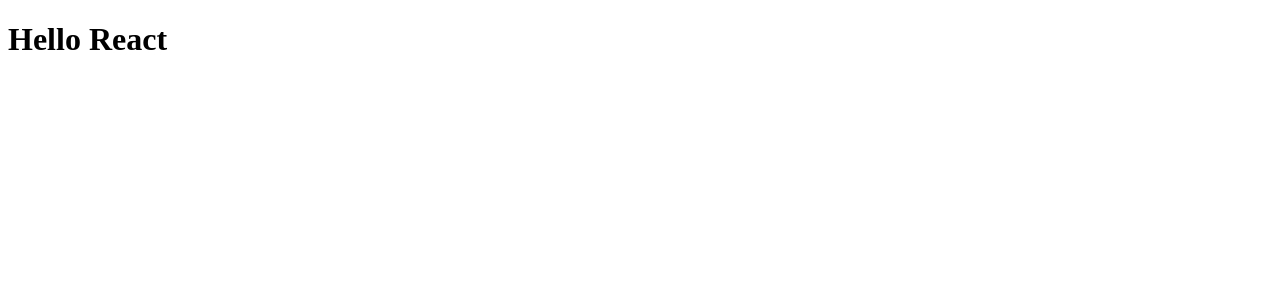
Repository: bjsnake/react_basic
Page: 02_虚拟DOM的两种创建方式/2.使用js创建虚拟DOM.html
These files come from the project's save history. The page is drawn as it stood at one moment and after the next save; the edit follows.
The browser window is 1280 px wide. The pictures show the whole page.

Above is the page before, as saved 2022-10-15 23:28:31.

### 02_虚拟DOM的两种创建方式/2.使用js创建虚拟DOM.html
<!DOCTYPE html>
<html lang="en">
    <head>
        <meta charset="UTF-8">
        <meta http-equiv="X-UA-Compatible" content="IE=edge">
        <meta name="viewport" content="width=device-width, initial-scale=1.0">
        <title>hello_react</title>
    </head>
    <body>

        <!-- 准备好一个容器 -->
        <div id="test"></div>
        <!-- 引入react核心库 -->
        <script type="text/javascript" src="../js/react.development.js"></script>
        <!-- 引入react-dom，用于react操作虚拟dom -->
        <script type="text/javascript" src="../js/react-dom.development.js"></script>
        <!-- 引入babel,用于把jsx转换为js -->
        <!-- <script type="text/javascript" src="../js/babel.min.js"></script> -->

        <script type="text/javascript">
           // 1.创建虚拟DOM
           const VDOM = React.createElement('h1',{id:'title'},'Hello React');
           // 2.渲染虚拟DOM到页面
           ReactDOM.render(VDOM,document.getElementById('test'));
        </script>
    </body>
</html>

Loaded but not shown: js/react-dom.development.js (library); js/react.development.js (3155 lines, source omitted)

After the next save:
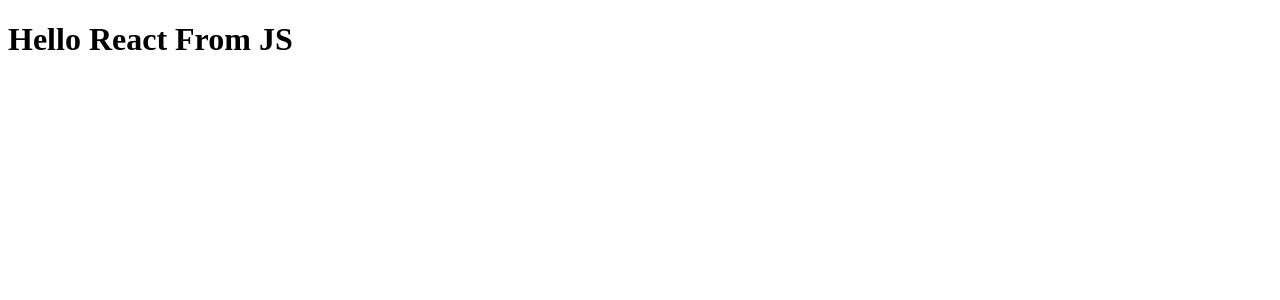
Saved 24 s later.
--- a/02_虚拟DOM的两种创建方式/2.使用js创建虚拟DOM.html
+++ b/02_虚拟DOM的两种创建方式/2.使用js创建虚拟DOM.html
@@ -19,7 +19,7 @@
 
         <script type="text/javascript">
            // 1.创建虚拟DOM
-           const VDOM = React.createElement('h1',{id:'title'},'Hello React');
+           const VDOM = React.createElement('h1',{id:'title'},'Hello React From JS');
            // 2.渲染虚拟DOM到页面
            ReactDOM.render(VDOM,document.getElementById('test'));
         </script>
